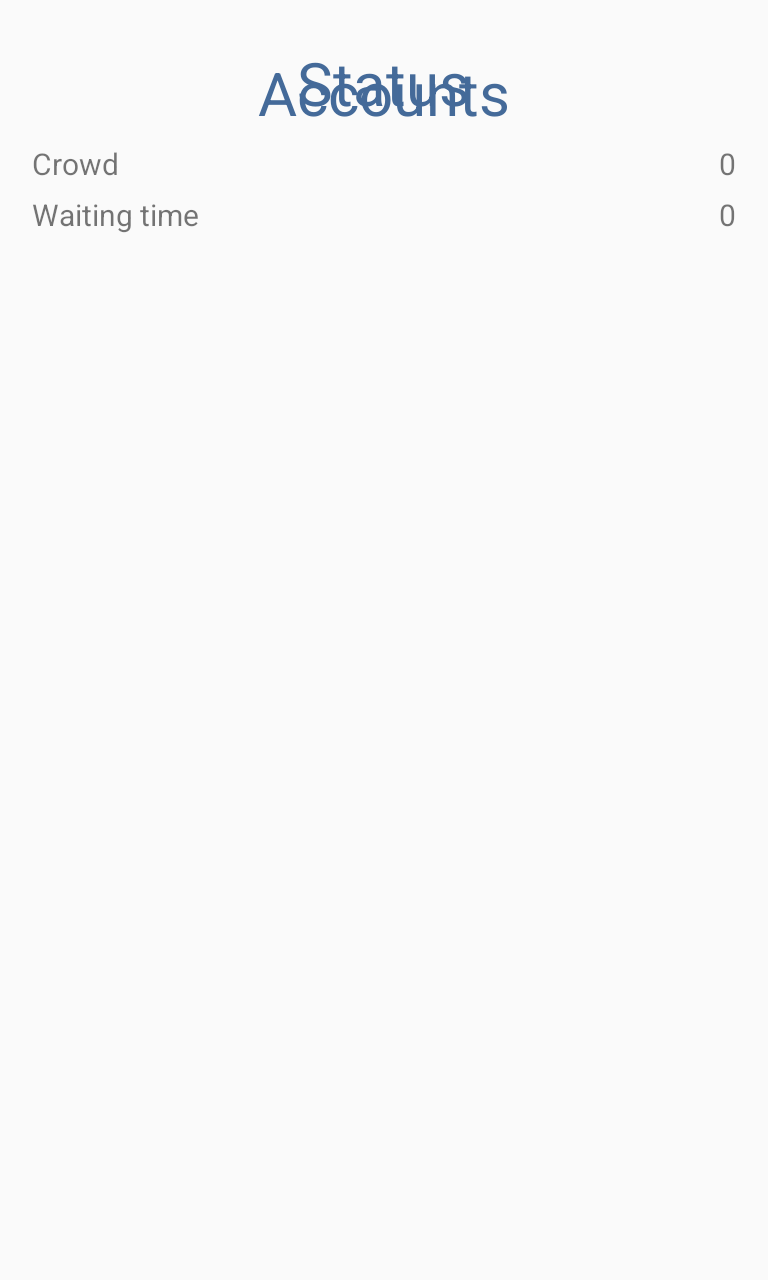
Repository: ag-chirag/brainwaves_enigma
Layout: mobile/Brainwaves/QLess/res/layout/activity_status.xml
The author's editor kept a copy of each file at every save. The layout is drawn from the files as they stood at one save, then again after the next save.
It is drawn on a 768 x 1280 px phone screen (xhdpi) without system bars, with theme AppTheme; the app's code is not run.

Above is the layout before, as saved 2014-11-08 18:09:46.

After the next save:
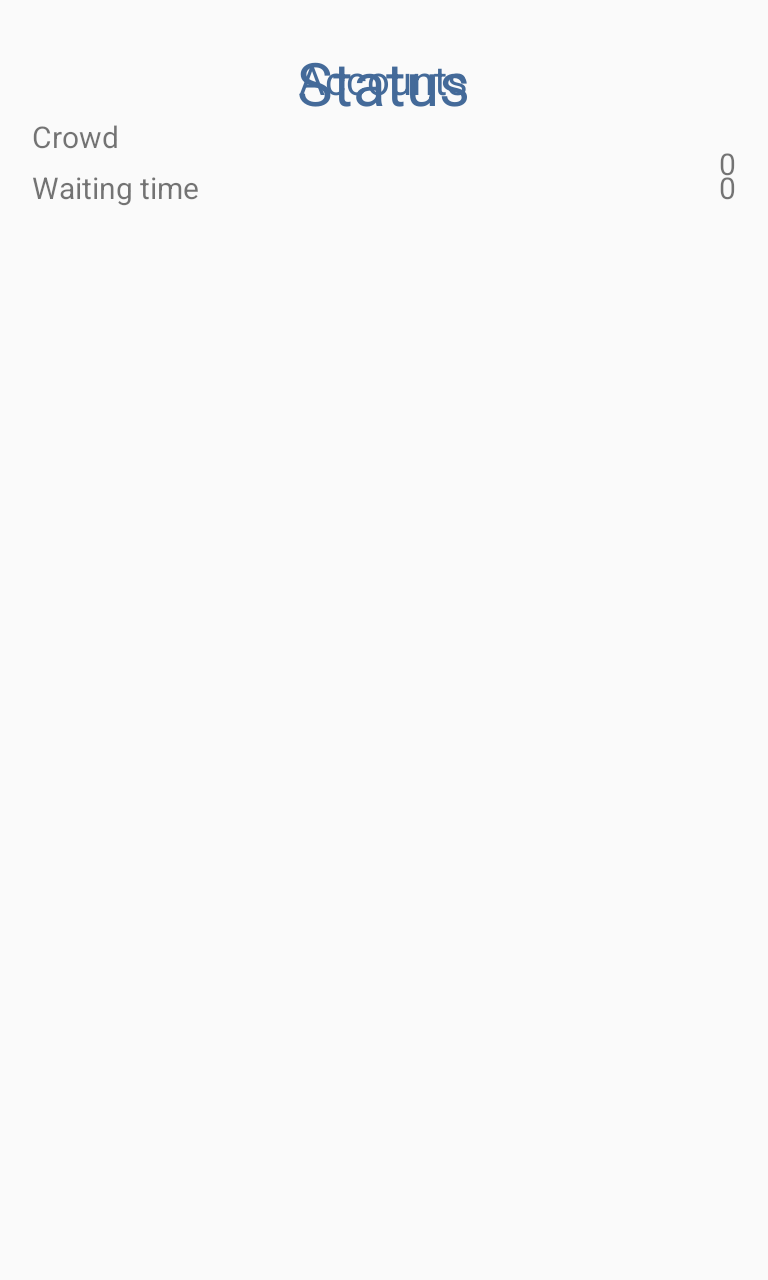
Saved 5 s later.
--- a/mobile/Brainwaves/QLess/res/layout/activity_status.xml
+++ b/mobile/Brainwaves/QLess/res/layout/activity_status.xml
@@ -27,7 +27,7 @@
        	android:layout_marginTop="10dp"
        	android:layout_centerHorizontal="true"
        	android:textColor="@color/blue"
-        android:textSize="30sp"
+        android:textSize="20sp"
         />
     <TextView
        	android:layout_width="wrap_content"
